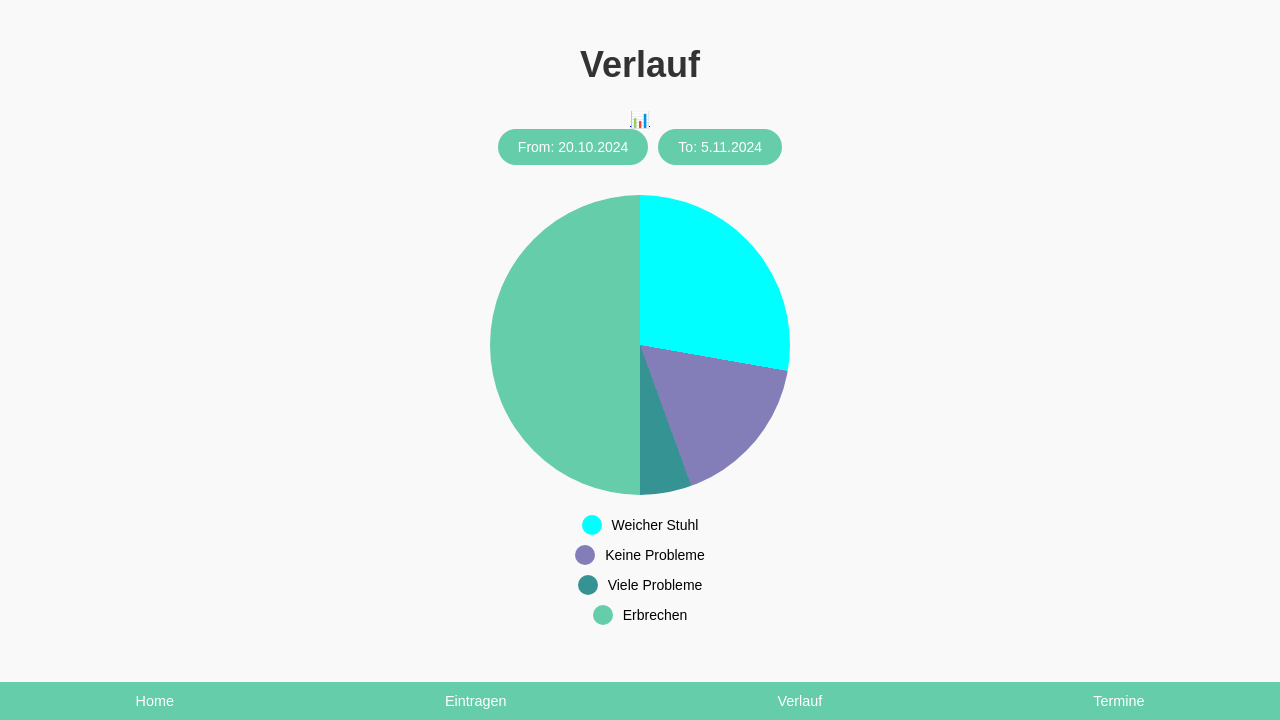
Repository: jakemoes/Pet-Tracker
Page: PWA/trend.html
These files come from the project's save history. The page is drawn as it stood at one moment and after a run of saves; the edit follows.
The browser window is 1280 px wide. The pictures show the whole page.

Above is the page before, as saved 2024-12-06 19:27:09.

### PWA/trend.html

<!DOCTYPE html>
<html lang="de">
    <head>
        <meta charset="UTF-8">
        <meta name="viewport" content="width=device-width, initial-scale=1.0">
        <title>Verlauf</title>
        <link rel="stylesheet" href="trend.css">
    </head>
    <body>
        <div class="main-content">
            <h1>Verlauf</h1>
            <div class="icon">
                <a href="trendSecond.html">
                    <span class="smiley"> <div class="icon">
            <a href="trend.html">
                <span class="smiley">📊</span>
            </a>
        </div></span>
                </a>
            </div>
            <div class="date-filter">
                <div class="date-box">
                    From: 20.10.2024
                </div>
                <div class="date-box">
                    To: 5.11.2024
                </div>
            </div>
            <div class="pie-chart"></div>
            <div class="legend">
                <div class="legend-item">
                    <div class="legend-color" style="background-color: aqua;"></div>
                    Weicher Stuhl
                </div>
                <div class="legend-item">
                    <div class="legend-color" style="background-color: rgb(131, 125, 184);"></div>
                    Keine Probleme
                </div>
                <div class="legend-item">
                    <div class="legend-color" style="background-color: rgb(54, 147, 147);"></div>
                    Viele Probleme
                </div>
                <div class="legend-item">
                    <div class="legend-color" style="background-color: #66cdaa;"></div>
                    Erbrechen
                </div>
            </div>
        </div>
        <footer class="footer">
            <nav>
                <ul class="nav-bar">
                    <li><a href="welcome.html">Home</a></li>
                    <li><a href="entry.html">Eintragen</a></li>
                    <li><a href="trend.html">Verlauf</a></li>
                    <li><a href="appointment.html">Termine</a></li>
                </ul>
            </nav>
        </footer>
    </body>
</html>

### PWA/trend.css

body {
    font-family: Arial, sans-serif;
    padding: 0;
    margin: 0;
    background-color: #f9f9f9;
}

.main-content {
    padding: 20px;
    text-align: center;
}

h1 {
    font-size: 36px;
    color: #333;
    margin-bottom: 20px 0;
}

.date-filter {
    display: flex;
    justify-content: center;
    gap: 10px;
    margin-bottom: 30px;
}

.date-box {
    background-color: #66cdaa;
    border-radius: 20px;
    padding: 10px 20px;
    color: white;
    font-size: 14px;
    display: flex;
    align-items: center;
    gap: 10px;
}

.pie-chart {
    position: relative;
    width: 300px;
    height: 300px;
    margin: 0 auto 20px;
    border-radius: 50%;
    background: conic-gradient(
        aqua 0deg 100deg,
        rgb(131, 125, 184) 100deg 160deg,
        rgb(54, 147, 147) 160deg 180deg,
        #66cdaa 180deg 360deg
    );
}

.legend {
    display: flex;
    flex-direction: column;
    align-items: center;
    gap: 10px;
}

.legend-item {
    display: flex;
    align-items: center;
    gap: 10px;
    font-size: 14px;
}

.legend-color {
    width: 20px;
    height: 20px;
    border-radius: 50%;
}

 footer {
    position: fixed;
    bottom: 0;
    width: 100%;
    background-color: #66cdaa;
    padding: 10px 0;
    box-shadow: 0 -1px 5px rgba(0, 0, 0, 0.1);
}

.nav-bar {
    position: fixed;
    bottom: 0;
    left: 0;
    width: 100%; /* Volle Breite des Bildschirms */
    background-color: #66cdaa; /* Sicherstellen, dass die Farbe gesetzt ist */
    display: flex;
    justify-content: space-around;
    list-style: none;
    margin: 0; /* Kein Außenabstand */
    padding: 10px 0; /* Innenabstand */
    z-index: 10;
}

.nav-bar li {
    text-align: center;
}

.nav-bar a {
    text-decoration: none;
    color: white;
    font-size: 0.9em;
}

.nav-bar a:hover {
    text-decoration: underline;
}

After the next 2 saves:
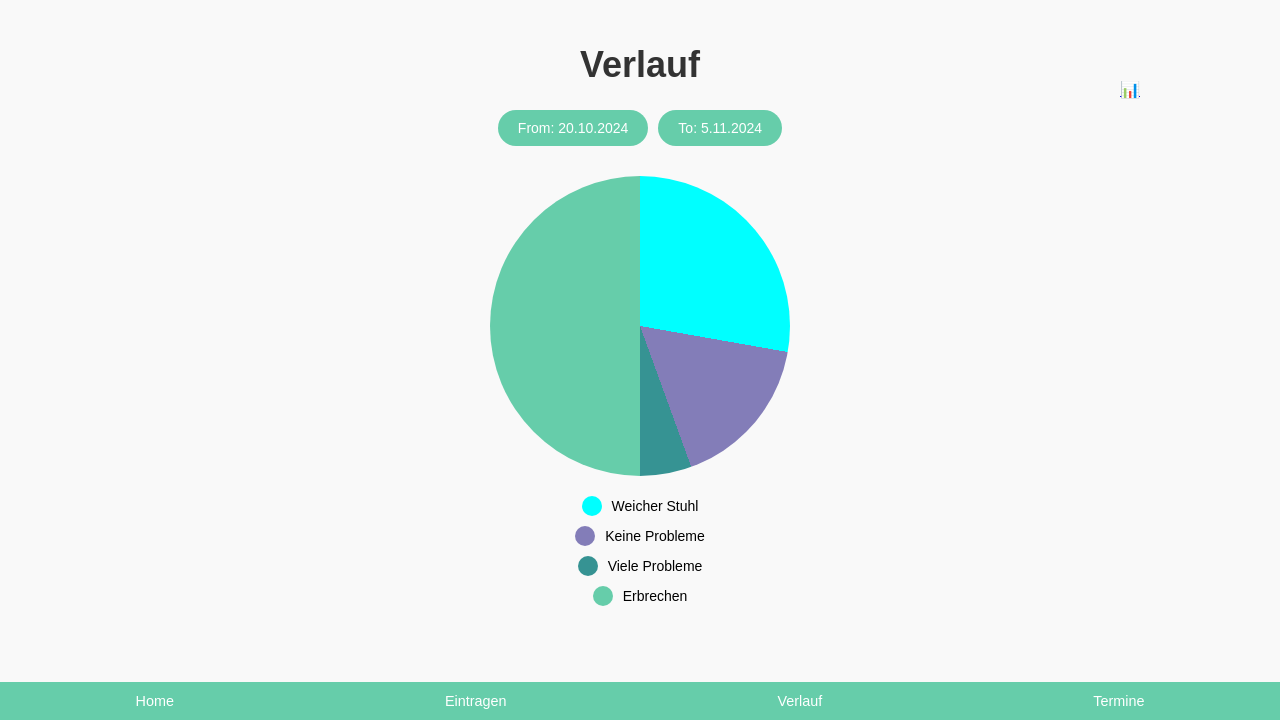
The 2 saves are shown as one change because they came seconds apart.
The last was saved 32 s later.
--- a/PWA/trend.css
+++ b/PWA/trend.css
@@ -15,6 +15,17 @@ h1 {
     font-size: 36px;
     color: #333;
     margin-bottom: 20px 0;
+}
+
+.icon {
+    position: absolute;
+    top: 40px;
+    right: 70px;
+}
+
+.icon img {
+    font-size: 40px; /* Größe des Smileys */
+    display: inline-block;
 }
 
 .date-filter {
